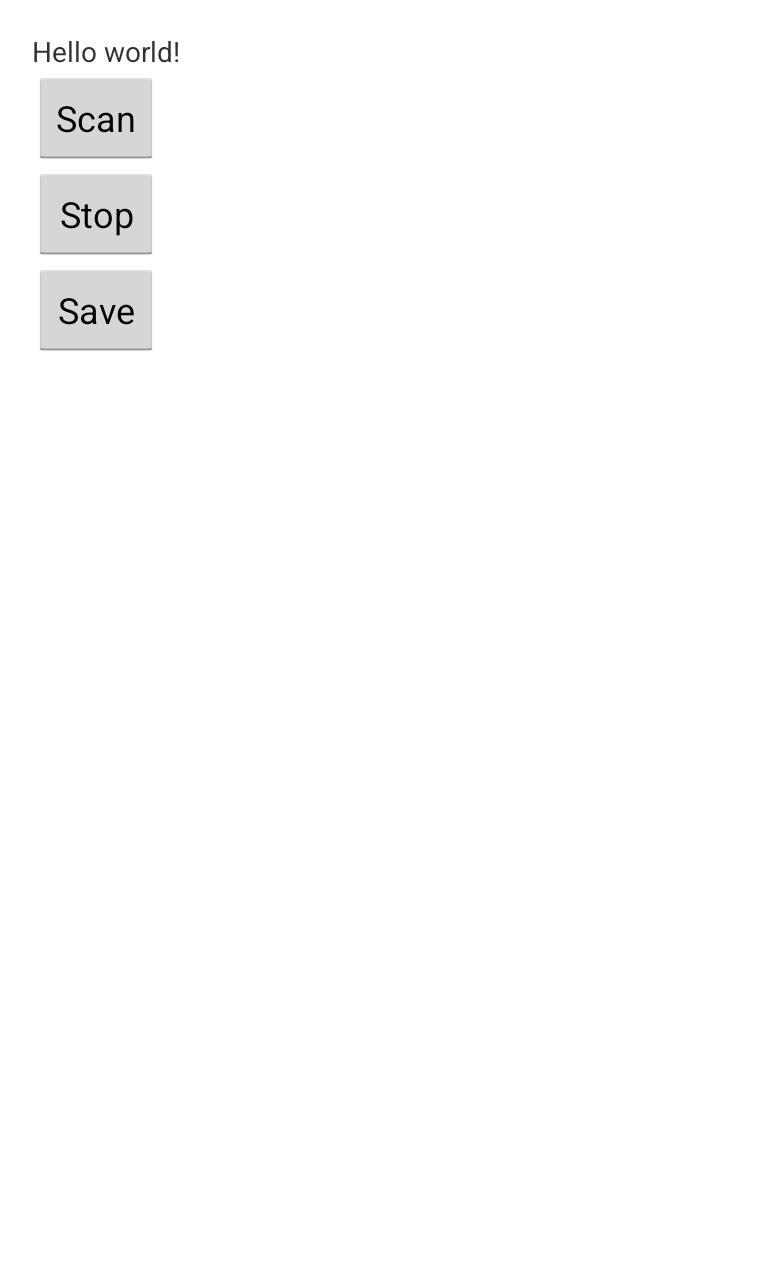
Repository: takuito/app_test
Layout: FiSBA/res/layout/Scan.xml
An editor plug-in stored every save of this project. The layout is shown before and after the next save, followed by the edit.
It is drawn on a 768 x 1280 px phone screen (xhdpi) without system bars, with theme AppTheme; the app's code is not run.

Above is the layout before, as saved 2013-11-27 15:29:31.

After the next save:
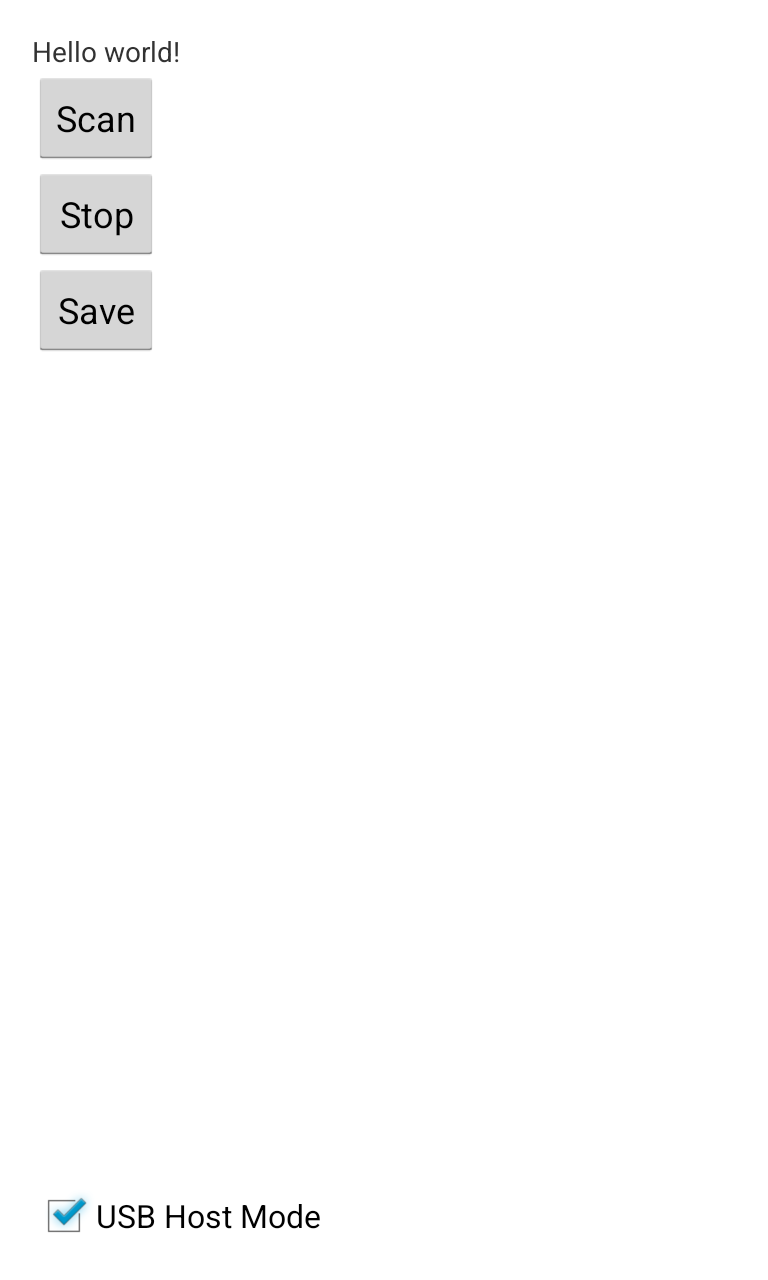
Saved 9 min 29 s later.
--- a/FiSBA/res/layout/Scan.xml
+++ b/FiSBA/res/layout/Scan.xml
@@ -32,4 +32,11 @@
         android:layout_height="wrap_content"
         android:layout_below="@+id/btnStop"
         android:text="Save" />
+
+    	<CheckBox android:id="@+id/cbUsbHostMode"
+	     android:text="USB Host Mode"
+	     android:layout_width="wrap_content"
+	     android:layout_height="wrap_content"
+	     android:layout_alignParentBottom="true"
+	     android:checked="true"/>
 </RelativeLayout>
